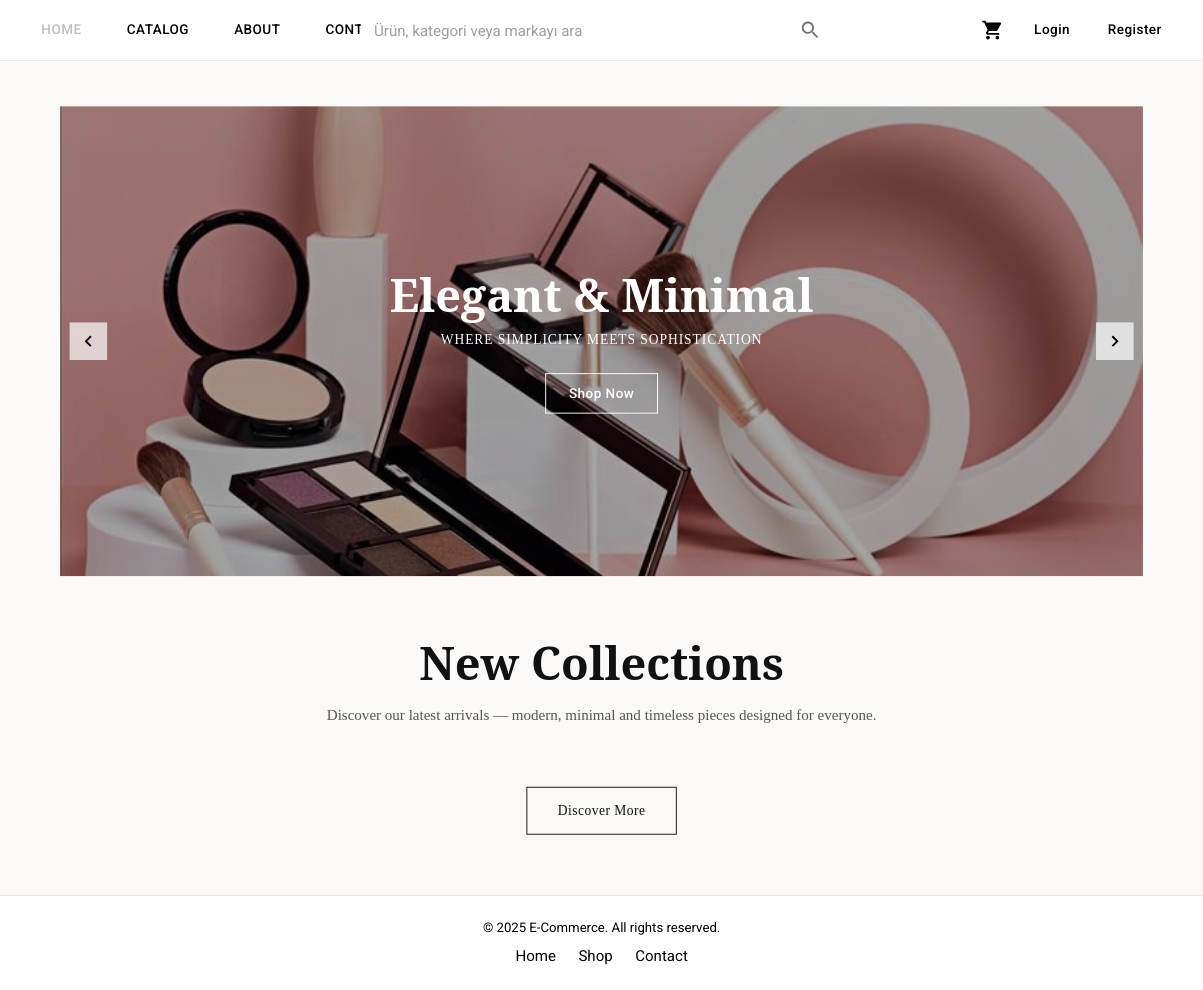
Repository: ZeynepCam13/e-commerce
Page: / (app in Client/)
These files come from the project's save history. The page is drawn as it stood at one moment and after the next save; the edit follows.
The browser window is 1280 px wide. The pictures show the whole page, at 94% of full size.
The page's requests for data from a server got no answer. The project was rebuilt for these pictures with package versions that can differ from the ones it lists, and the page was loaded fresh each time. No one was signed in, and anything a server would have sent is missing. Also part of the build but not shown: Client/vite.config.ts, Client/src/features/counter/Counter.tsx, Client/src/features/AboutPage.tsx, Client/src/features/ContactPage.tsx, Client/src/utils/formatCurrency.ts, Client/src/features/catalog/Product.tsx, Client/src/features/catalog/ProductList.tsx, Client/src/features/catalog/CatalogPage.tsx and 15 more.

Above is the page before, as saved 2025-10-07 16:13:12.

After the next save:
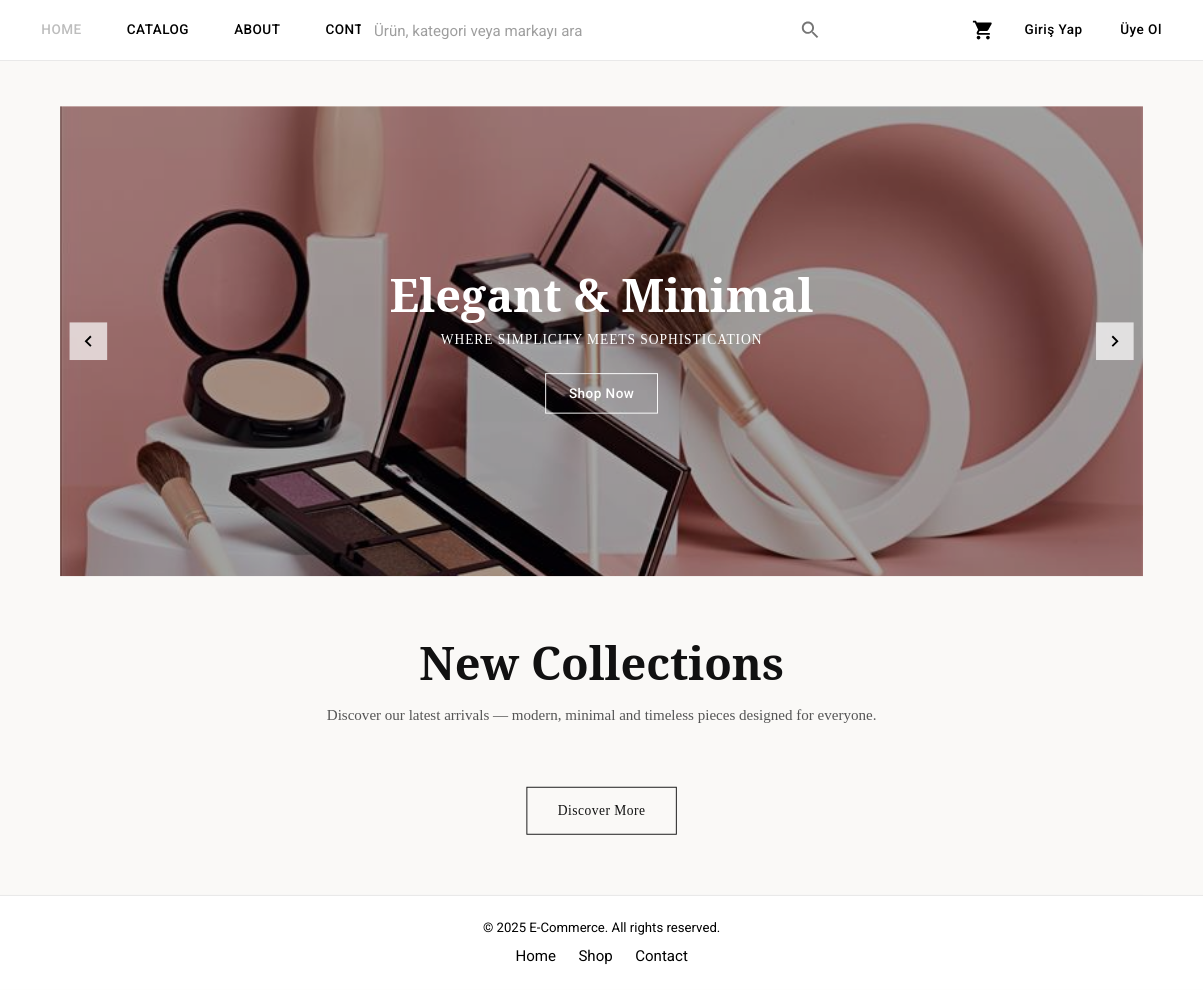
Saved 64 min 5 s later.
--- a/Client/src/layout/Header.tsx
+++ b/Client/src/layout/Header.tsx
@@ -27,8 +27,8 @@
 ];
 
 const authLinks = [
-  { title: "Login", to: "/login" },
-  { title: "Register", to: "/register" },
+  { title: "Giriş Yap", to: "/login" },
+  { title: "Üye Ol", to: "/register" },
 ];
 
 const navStyles = {
